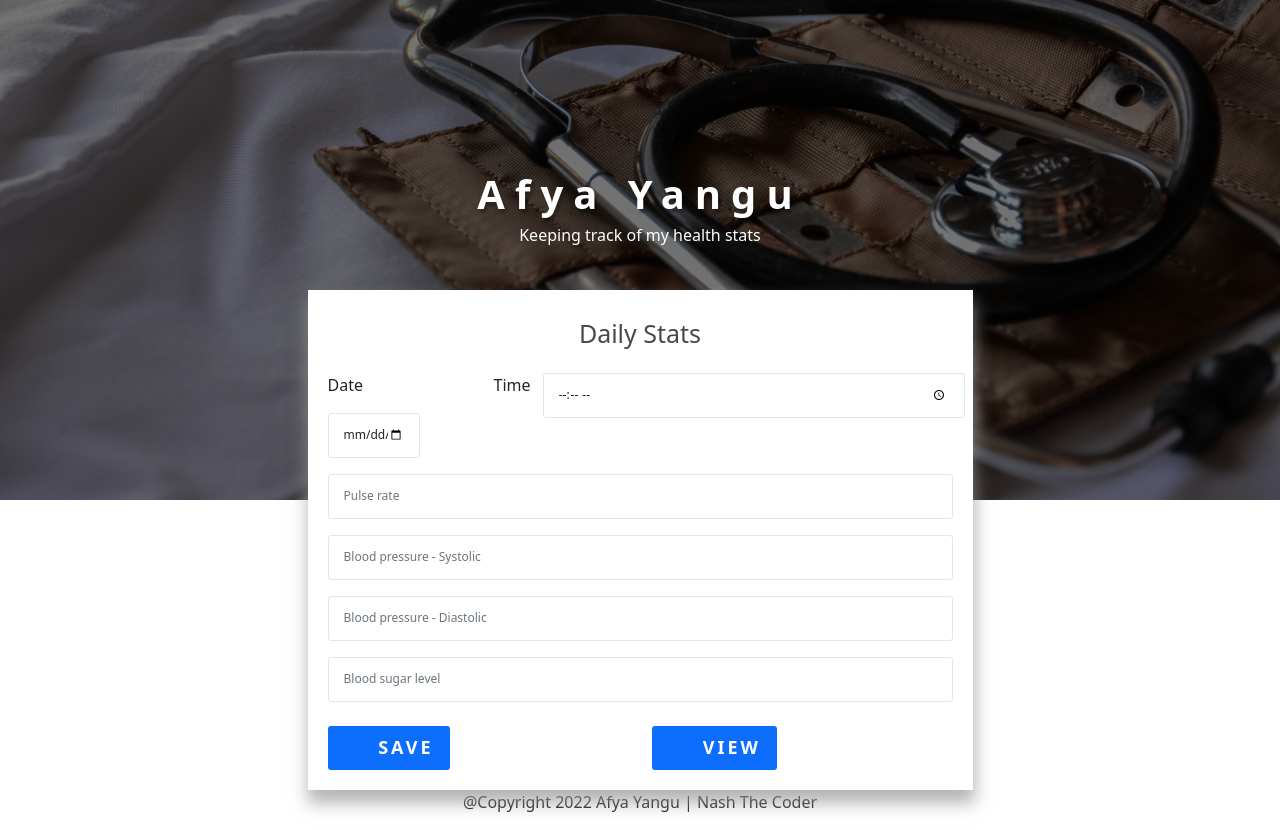
Repository: nashthecoder/afya_yangu
Page: /
These files come from the project's save history. The page is drawn as it stood at one moment and after the next save; the edit follows.
The browser window is 1280 px wide. The pictures show the whole page.
The project was rebuilt for these pictures with package versions that can differ from the ones it lists, and the page was loaded fresh each time.

Above is the page before, as saved 2022-02-27 16:28:20.

### src/App.js
import React from 'react'
import Banner from './components/Banner'
import Form from './components/Form'
import Footer from './components/Footer'
function App() {
  return (
    <div className="App">
      <Banner />
      <Form />
      <Footer />
    </div>
  );
}

export default App;

### src/style.scss
@import '../node_modules/bootstrap/scss/bootstrap.scss';
/*********************************************/
/*             GENERAL CSS              */
/*********************************************/

body {
    width: 100%;
    position: relative;
}

p.main-form-text {
    font-size: 25px !important;
    font-weight: 500;
    color: #494949;
}

h3 {
    font-size: 40px;
    letter-spacing: 10px;
    font-weight: bold;
}

h4 {
    font-size: 16px;
}

img {
    width: 100%;
    height: 100%;
}

form {
    position: relative;
}

/*********************************************/
/*              UTILITY CSS             */
/*********************************************/

input,
input.form-control {
    color: #222;
    font-size: 12px;
    background: $white;
    padding: 0 15px;
    width: 100%;
    height: 45px;
    line-height: 46px;
    outline: none;
    border: 1px solid #e5e5e5;
    border-radius: 3px;
    box-shadow: none;
    transition: all 0.3s;
}

input.form-control-1 {
    color: #222;
    font-size: 12px;
    background: $white;
    padding: 0 15px;
    width: 65%;
    height: 45px;
    line-height: 46px;
    outline: none;
    border: 1px solid #e5e5e5;
    border-radius: 3px;
    box-shadow: none;
    transition: all 0.3s;
}

.btn-primary {
    font-weight: 600;
    font-size: 18px;
    cursor: pointer;
    display: inline-block;
    text-transform: uppercase;
    border: none;
    color: $white;
    border-radius: 3px;
    transition: all 0.3s;
    letter-spacing: 3px;
}

.btn-primary:hover,
.btn-primary:focus {
    background-color: #2b2b2b;
}

.banner {
    background-image: url("./images/bg.jpg");
    min-height: 500px;
    padding: 40px 0px;
    position: relative;
    background-position: center center;
    background-size: cover;
    background-repeat: no-repeat;
}

.banner::before {
    content: "";
    width: 100%;
    height: 100%;
    opacity: 0.5;
    background-color: #000;
    position: absolute;
    top: 0;
}

.brand {
    text-shadow: 2px 4px 3px rgba(0, 0, 0, 0.3);
}

.caption-text {
    margin-top: 130px;
    color: $white;
    position: relative;
}

/*********************************************/
/*              BANNER CSS              */
/*********************************************/

.banner {
    background-image: url("./images/bg.jpg");
    min-height: 500px;
    padding: 40px 0px;
    position: relative;
    background-position: center center;
    background-size: cover;
    background-repeat: no-repeat;
}

.banner::before {
    content: "";
    width: 100%;
    height: 100%;
    opacity: 0.5;
    background-color: #000;
    position: absolute;
    top: 0;
}

.brand {
    text-shadow: 2px 4px 3px rgba(0, 0, 0, 0.3);
}

.caption-text {
    margin-top: 130px;
    color: $white;
    position: relative;
}

/*********************************************/
/*              FORM CSS                "/
/*********************************************/

.form-box #box-title {
    position: relative;
    padding: 10px;
    text-align: center;
}

.form-box #box-title p {
    margin-bottom: 0;
    font-size: 14px;
}

.fill-form {
    position: relative;
    margin: -210px auto 0px auto;
    box-shadow: 1px 12px 16px 1px rgba(153, 153, 153, 0.75);
    -webkit-box-shadow: 1px 12px 16px 1px rgba(153, 153, 153, 0.75);
    -moz-box-shadow: 1px 12px 16px 1px rgba(153, 153, 153, 0.75);
}

.fill-form .form-box__img {
    background-color: transparent;
}

.fill-form .form-box__content {
    padding: 20px;
    background-color: $white;
}

/*********************************************/
/*               FOOTER CSS                  "/
/*********************************************/

footer p {
    margin: 55px 0px 60px 0px;
    font-size: 17px;
    font-weight: 600;
    color: transparent;
    -webkit-background-clip: text;
    -moz-background-clip: text;
    background-clip: text;
}

/*********************************************/
/*              MEDIA QUERIES CSS           "/
/*********************************************/

@media only screen and (min-width: 994px) and (max-width: 1398px) and (-webkit-min-device-pixel-ratio: 1) {
    .form-box #box-title {
        padding: 5px 20px 20px 20px;
    }
}

@media only screen and (min-width: 767px) and (max-width: 1196px) and (-webkit-min-device-pixel-ratio: 1) {
    .form-box #box-title {
        padding: 0px;
    }
    .fill-form .form-box__content {
        padding: 50px 50px 60px 50px;
    }
}

@media only screen and (min-width: 500px) and (max-width: 766px) and (-webkit-min-device-pixel-ratio: 1) {
    .form-box #box-title {
        padding: 0px;
    }
    .fill-form .form-box__content {
        padding: 50px 50px 60px 50px;
    }
    h3.brand {
        font-size: 30px;
    }
    .caption-text h4 {
        font-size: 14px;
    }
    .caption-text {
        margin-top: 110px;
    }
    footer {
        margin-bottom: 30px;
    }
    .form-box__img {
        display: none;
    }
}

@media only screen and (min-width: 360px) and (max-width: 499px) and (-webkit-min-device-pixel-ratio: 1) {
    .caption-text {
        margin-top: 30px;
    }
    h3.brand {
        font-size: 19px;
    }
    .banner {
        min-height: 400px;
    }
    .form-box__img {
        display: none;
    }
    footer {
        margin-bottom: 10px;
    }
}

@media only screen and (max-width: 359px) {
    .caption-text {
        margin-top: 30px;
    }
    h3.brand {
        font-size: 17px;
    }
    .caption-text h4 {
        font-size: 12px;
    }
    .banner {
        min-height: 400px;
    }
    .form-box__img {
        display: none;
    }
    .form-box #box-title {
        padding: 0px 30px 30px;
    }
}

### src/components/Banner.js
import React from 'react'

const Banner = () => {
    return (
        <>
        <header>
            <div className="banner">
                <div className="container">
                    <div className="row">
                        <div className="col-lg-9 offset-lg-3 mx-auto">
                            <div className="caption-text text-center">
                                <h3 className="brand">Afya Yangu</h3>
                                <h4> Keeping track of my health stats</h4>
                            </div>
                        </div>
                    </div>
                </div>
            </div>
        </header>
        </>
    )
}

export default Banner

### src/components/Form.js
import React from 'react'

const Form = () => {
    return (
        <>
        <section>
            <div className="container">
                <div className="row">
                <div className="col-lg-7 offset-lg-2 g-0 mx-auto">
                    <div className="fill-form form-box">
                            <div className="form-box__content">
                            <div id="box-title">
                                <p className="main-form-text">Daily Stats</p>
                            </div>
                            <form>
                                <div class="row">
                                    <div class="col">
                                        <p>Date</p>
                                        <input
                                            class="form-control-1"
                                            id="date"
                                            name="date"
                                            placeholder="Date"
                                            type="date"
                                        />
                                    </div>
                                    <div class="col">
                                        <p>Time</p>
                                    </div>
                                    <input
                                        class="form-control-1"
                                        id="time"
                                        name="time"
                                        placeholder="Time"
                                        type="time"
                                    />
                                </div>
                                <div className="mt-3">
                                <input
                                    className="form-control"
                                    id="pulse-rate"
                                    name="pulse-rate"
                                placeholder="Pulse rate"
                                    type="number"
                                />
                                </div>
                                <div className="mt-3">
                                    <input
                                        class="form-control"
                                    id="systolic-number"
                                        name="systolic-number"
                                        placeholder="Blood pressure - Systolic"
                                        type="number"
                                    />
                                </div>
                                <div className="mt-3">
                                    <input
                                        className="form-control"
                                        id="diastolic-number"
                                        name="diastolic-number"
                                    placeholder="Blood pressure - Diastolic"
                                        type="number"
                                    />
                                </div>
                                <div className="mt-3">
                                    <input
                                        class="form-control"
                                    id="bloodSugar-level"
                                        name="bloodSugar-level"
                                        placeholder="Blood sugar level"
                                        type="number"
                                    />
                                </div>
                                <div className="d-grid mt-4">
                                <div class="container">
                                    <div class="row row-cols-2">
                                        <div class="col">
                                            <button class="btn btn-primary btn-lg" type="submit" value="Send Now">
                                                <svg
                                                xmlns="http://www.w3.org/2000/svg"
                                                width="27"
                                                height="27"
                                                fill="currentColor"
                                                class="bi bi-mailbox2"
                                                viewBox="0 0 16 16"
                                                >
                                                </svg>{" "}
                                                Save
                                            </button>
                                        </div>
                                        <div class="col">
                                            <button class="btn btn-primary btn-lg" type="submit" value="Send Now">
                                                <svg
                                                xmlns="http://www.w3.org/2000/svg"
                                                width="27"
                                                height="27"
                                                fill="currentColor"
                                                class="bi bi-mailbox2"
                                                viewBox="0 0 16 16"
                                                >
                                                </svg>{" "}
                                                View
                                            </button>
                                        </div>
                                    </div>
                                </div>
                                </div>
                            </form>
                            </div>
                        </div>
                    </div>
                </div>
                </div>
        </section>
        </>
    )
}

export default Form

### src/components/Footer.js
import React from 'react'

const Footer = () => {
    return (
        <>
        <div>
            <p className="footer text-center">@Copyright 2022 Afya Yangu | Nash The Coder</p>
        </div>
        </>
    )
}

export default Footer

Loaded but not shown: public/index.html (common file); src/index.js (common file); src/reportWebVitals.js (common file)

After the next save:
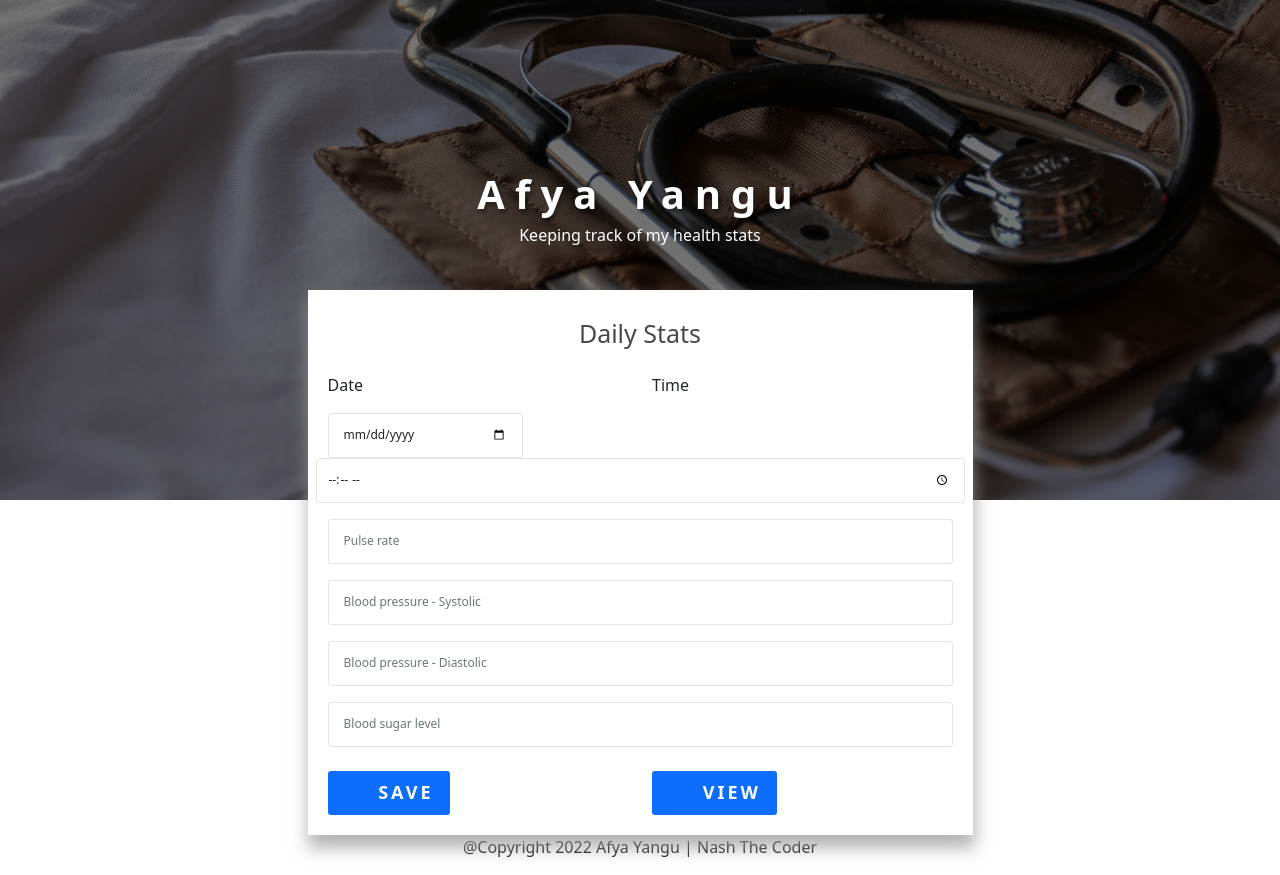
Saved 40 s later.
--- a/src/components/Form.js
+++ b/src/components/Form.js
@@ -28,7 +28,7 @@ const Form = () => {
                                         <p>Time</p>
                                     </div>
                                     <input
-                                        class="form-control-1"
+                                        class="form-control-short"
                                         id="time"
                                         name="time"
                                         placeholder="Time"
